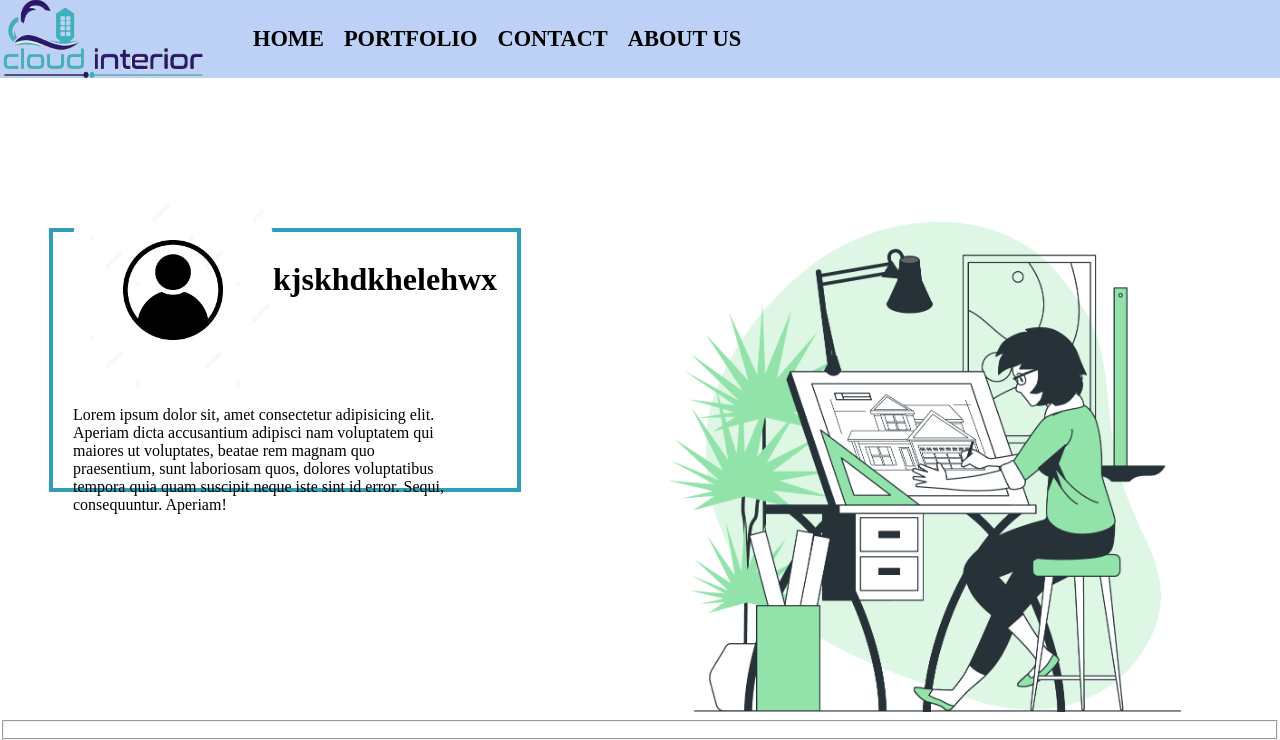
Repository: Ganavid/ganavidgowda.github.io
Page: cloud interior/about.html
The author's editor kept a copy of each file at every save. The page is drawn from the files as they stood at one save, then again after a run of saves.
The browser window is 1280 px wide. The pictures show the whole page.

Above is the page before, as saved 2023-03-04 13:17:25.

### cloud interior/about.html
<!DOCTYPE html>
<html lang="en">

<head>
    <meta charset="UTF-8">
    <meta http-equiv="X-UA-Compatible" content="IE=edge">
    <meta name="viewport" content="width=device-width, initial-scale=1.0">
    <link rel="stylesheet" href="about.css">
    <title>cloud</title>
</head>

<body>
    <nav id="navbar">
        <div id="logocnt">
            <img id="logo" src="Layer 2.png" alt="the company" width="100px" height="50px">
        </div>
        <ul id="contents">
            <li class="item">
                <a href="" onclick="window.location.reload()">HOME</a>
            </li>
            <!-- <li class="item">
            <a href="#SERVICES">SERVICES</a>
            </li> -->
            <li class="item">
                <a href="gallery.html">PORTFOLIO</a>
            </li>
            <li class="item">
                <a href="register.html">CONTACT</a>
            </li>
            <li class="item">
                <a href="about.html">ABOUT US</a>
            </li>
        </ul>
    </nav>

    <div id="container">
        <div id="topic">
            <div id="namge">
                <img id="im" src="profile.jpg" alt="self">
                <h1>kjskhdkhelehwx</h1>
            </div>
            <p style="max-width: 30vw;">Lorem ipsum dolor sit, amet consectetur adipisicing elit. Aperiam dicta accusantium adipisci nam
                voluptatem qui maiores ut voluptates, beatae rem magnam quo praesentium, sunt laboriosam quos,
                dolores voluptatibus tempora quia quam suscipit neque iste sint id error. Sequi, consequuntur.
                Aperiam!
            </p>
        </div>
        <div id="subcontainer">
            <img src="./about us.png" alt="show" id="imgl">
        </div>
    </div>
    <fieldset>

    </fieldset>
</body>

</html>

### cloud interior/about.css
body {
    margin: 0px;
    padding: 0px;
    border: 0px;
    height: 100vh;
    /* padding-top: 13vh; */
    /* margin-top: 15vh; */
    /* background-color: rgba(123, 190, 212, 0.13); */
}


nav {
    display: flex;
    justify-content: left;
    background-color: #BDD0F5;
    padding: 3px;
    align-items: center;
    position: fixed;
    top: 0;
    width: 100vw;
    height: 10vh;
    min-height: 20px;
}

#logocnt {
    display: flex;
    flex-direction: row;
    margin: 8px 0px 8px 0px;
    padding-top: 5px;
    padding-bottom: 5px;
}

#logo {
    height: 80px;
    width: 200px;
    margin: 8px 0px 8px 0px;
    padding-top: 10px;
    padding-bottom: 10px;
}

#contents {
    display: flex;
    flex-direction: row;
    list-style: none;

}

#contents li {
    display: flex;
    flex-direction: row;
    list-style: none;
    margin: 0px 10px 0px 10px;

}


#contents li a {
    text-decoration: none;
    margin: 0xp 10px 0px 10px;
    color: white;
    font-family: ebrima;
    font-weight: bold;
    font-size: 140%;
    color: black;
}

#container {
    display: flex;
    flex-direction: row;
    /* border: solid aqua; */
    width: 100vw;
    margin: 0px;
    height: 100%;
    justify-content: space-around;
    align-items: center;

}

#im {
    height: 200px;
    width: 200px;
    border-radius: 50px;
}

#topic {
    display: flex;
    flex-direction: column;
    justify-content: center;
    border: 4px solid #309EBB;
    height: 30vh;
    padding: 20px;
}

#subcontainer {

    height: max-content;
    margin: 50px;
    /* width: 60%; */
    margin-top: 0%;
    align-self: flex-end;
    margin-bottom: 2px;
}

#namge{
    display: flex;
    flex-direction: row;
    /* align-self: flex-end; */
}

#imgl{
    width: 40vw;
    /* height: 30vh; */
    margin-bottom: 2px;

}

h1 {
    padding-top: 50px;
}

After the next 2 saves:
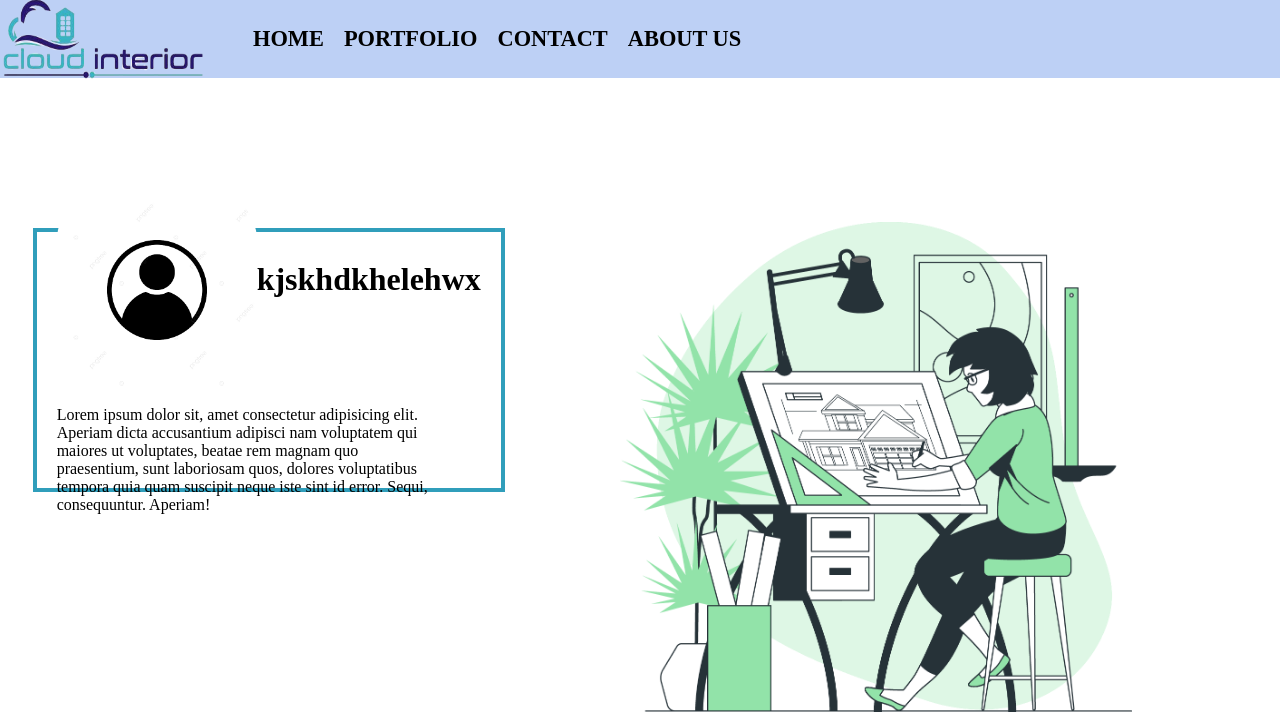
The 2 saves are shown as one change because they came seconds apart.
The last was saved 17 s later.
--- a/cloud interior/about.html
+++ b/cloud interior/about.html
@@ -48,10 +48,7 @@
         <div id="subcontainer">
             <img src="./about us.png" alt="show" id="imgl">
         </div>
-    </div>
-    <fieldset>
-
-    </fieldset>
+    <div></div>
 </body>
 
 </html>
